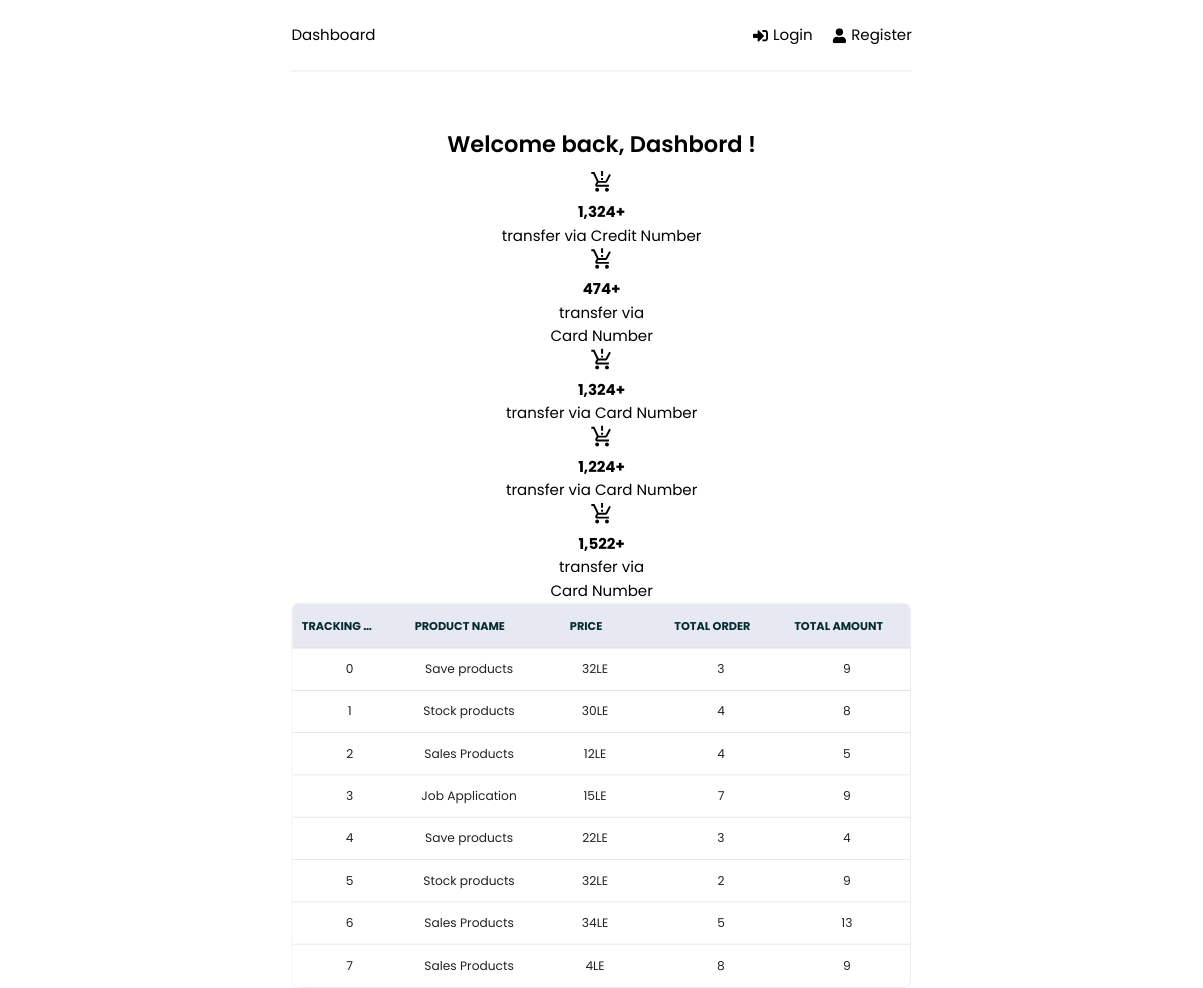
Repository: OmniaRafat232111121/DashboardTailwind
Page: /
An editor plug-in stored every save of this project. The page is shown before and after a run of saves, followed by the edit.
The browser window is 1280 px wide. The pictures show the whole page, at 94% of full size.
The project was rebuilt for these pictures with package versions that can differ from the ones it lists, and the page was loaded fresh each time. Also part of the build but not shown: src/components/Spinner.jsx, src/pages/Login.jsx, src/pages/Register.jsx.

Above is the page before, as saved 2023-01-26 19:59:33.

After the next 2 saves:
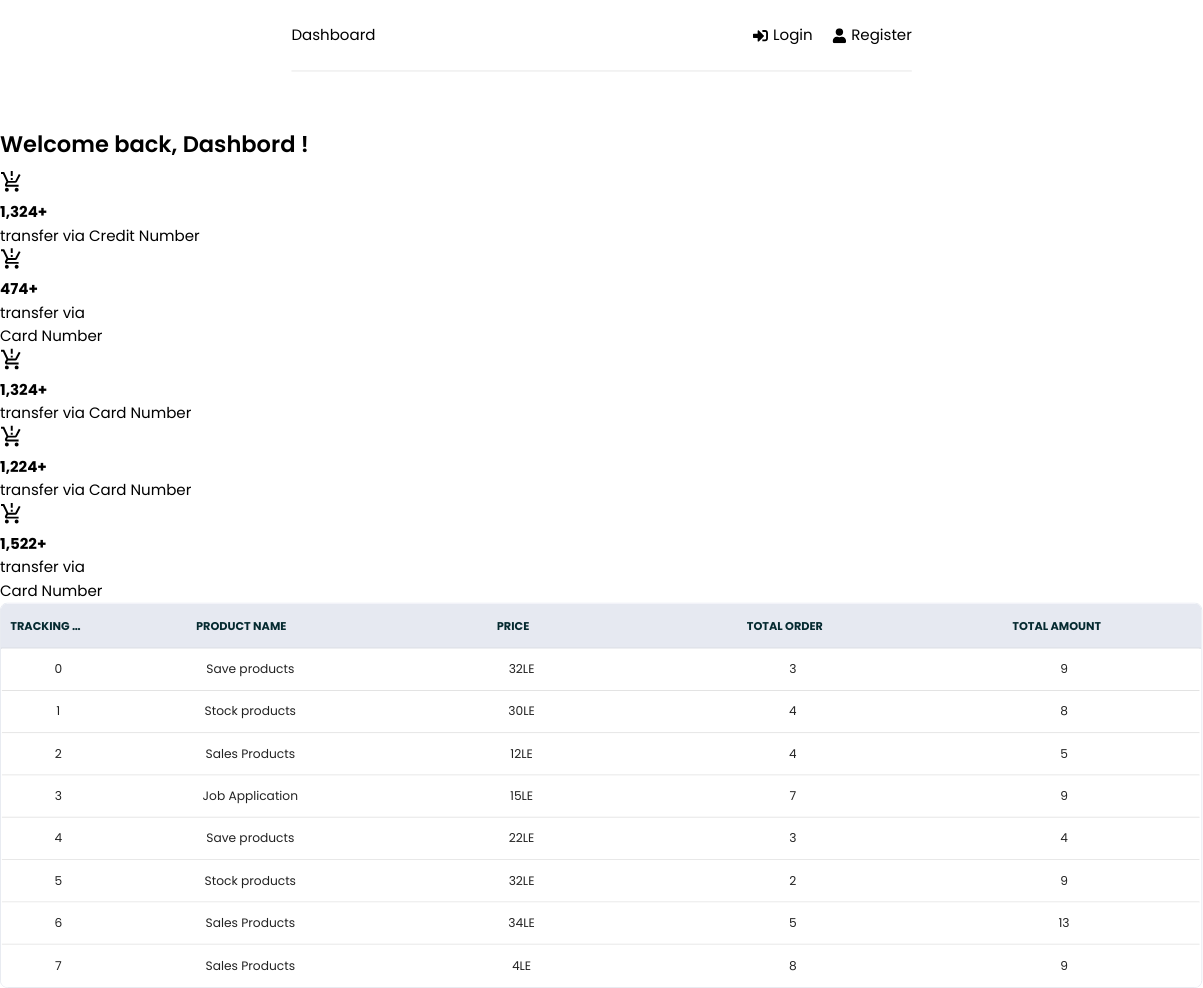
The 2 saves are shown as one change because 1 did not build or start.
The last was saved 11 s later.
--- a/src/App.js
+++ b/src/App.js
@@ -14,7 +14,9 @@ const isAuth = useSelector(state => state?.authSlice?.user?.isAuth)
       <Router>
 
         <div className='container'>
-         <Header />
+          <Header />
+          </div>
+        <div>
           <Routes>
 
             <Route path='/' element={<Dashboard />} />
